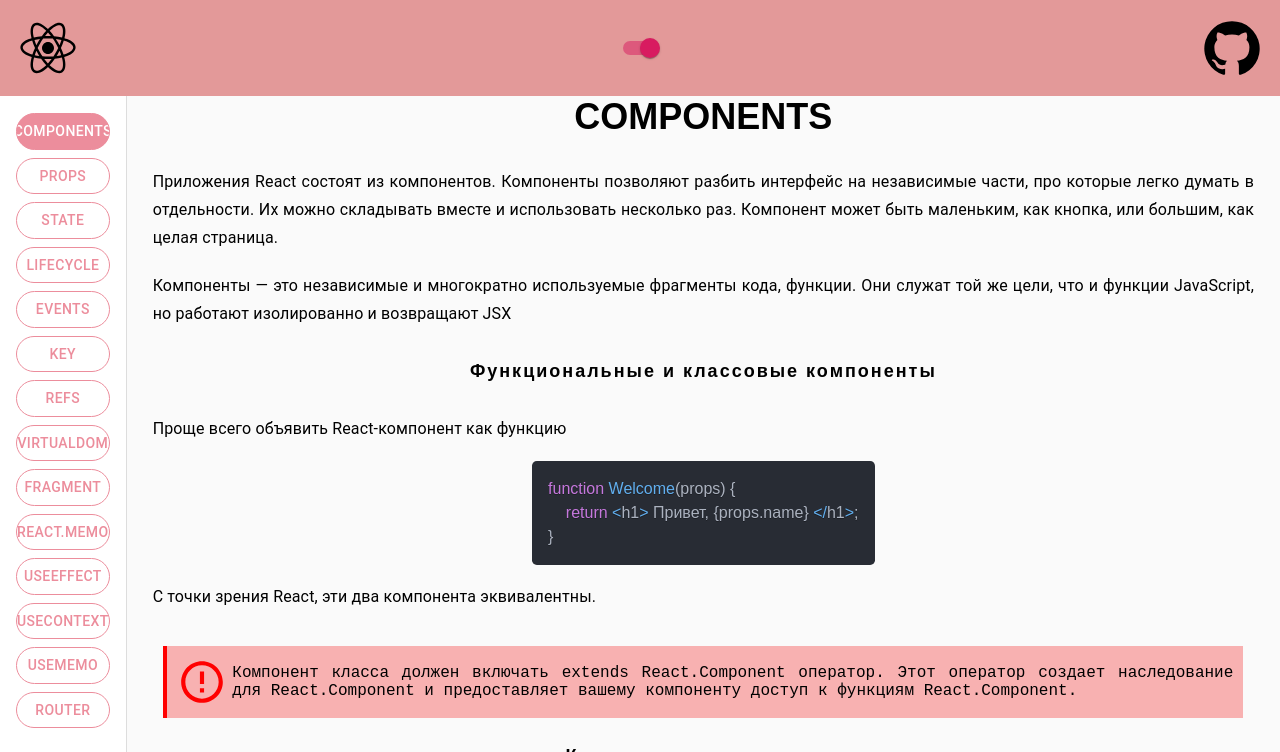
Repository: savannaaaas/reactDocumentation
Page: /topic/components
These files come from the project's save history. The page is drawn as it stood at one moment and after the next save; the edit follows.
The browser window is 1280 px wide. The pictures show the whole page.
An inner scrolling area shows only its first screen. The project was rebuilt for these pictures with package versions that can differ from the ones it lists, and the page was loaded fresh each time. Also part of the build but not shown: vite.config.js, src/pages/welcomePage/WelcomeButton/WelcomeButton.jsx, src/pages/welcomePage/Content/ContentWelcome.jsx, src/pages/welcomePage/WelcomePage.jsx, src/data/data.js, src/components/CustomTypography/CustomTypography.jsx.

Above is the page before, as saved 2025-07-31 21:03:08.

### index.html
<!DOCTYPE html>
<html lang="en" data-theme="light">
  <head>
    <meta charset="UTF-8" />
    <link rel="icon" type="image/svg+xml" href="/vite.svg" />
    <meta name="viewport" content="width=device-width, initial-scale=1.0" />
    <title>NoteBook</title>
  </head>
  <body>
    <div id="root"></div>
    <script type="module" src="/src/main.jsx"></script>
  </body>
</html>

### src/main.jsx
import { StrictMode } from "react";
import { createRoot } from "react-dom/client";
import App from "./App.jsx";
import { ThemeProvider } from "./providers/ThemeProvider.jsx";
import "./index.scss";
import { BrowserRouter } from "react-router";

createRoot(document.getElementById("root")).render(
  <StrictMode>
    <ThemeProvider>
      <BrowserRouter>
        <App />
      </BrowserRouter>
    </ThemeProvider>
  </StrictMode>
);

### src/App.jsx
import { Routes, Route } from "react-router";
import { WelcomePage } from "./pages/welcomePage/WelcomePage";
import { TopicPage } from "./pages/topicPage/TopicPage";
import "./index.scss";
import { data } from "./data/data";
import { Topic } from "./pages/topicPage/Topic";
function App() {
  return (
    <Routes>
      <Route path="/" element={<WelcomePage />} />
      <Route path="/topic" element={<TopicPage />}>
        <Route
          path="components"
          element={
            <Topic
              title={data[0].title}
              content={data[0].content}
              path={data[0].path}
            />
          }
        />
        <Route
          path="props"
          element={
            <Topic
              title={data[1].title}
              content={data[1].content}
              path={data[1].path}
            />
          }
        />
        <Route
          path="state"
          element={
            <Topic
              title={data[2].title}
              content={data[2].content}
              path={data[2].path}
            />
          }
        />
      </Route>
    </Routes>
  );
}

export default App;

### src/providers/ThemeProvider.jsx
import { useEffect, useState } from "react";
import { themes, ThemeContext } from "../contexts/ThemeContext";
const getTheme = () => {
  const theme = `${window?.localStorage.getItem("theme")}`; //получаем тему из хранилища
  if (Object.values(themes).includes(theme)) {
    //если тема такая есть возвращаем
    return theme;
  } //если в хранилище нет смотрим какую тему пользователь предпочитает
  const userMedia = window.matchMedia("(prefers-color-scheme: light)"); //проверяем предпочитает пользователь светлую тему если да возвр
  if (userMedia.matches) return themes.light;
  return themes.dark; //иначе темная
};
export const ThemeProvider = ({ children }) => {
  const [theme, setTheme] = useState(getTheme);
  useEffect(() => {
    document.documentElement.dataset.theme = theme; // добавляем атрибут data-theme на <html>
    localStorage.setItem("theme", theme); //устанавливаем и сохраняем текущую тему
  }, [theme]);
  return (
    <ThemeContext.Provider value={{ theme, setTheme }}>
      {children}
    </ThemeContext.Provider>
  );
};

### src/index.scss
* {
  padding: 0;
  margin: 0;
  box-sizing: border-box;
  overflow: hidden;
  font-family: Arial, Helvetica, sans-serif;
}
body {
  background-color: var(--background-color);
}

:root[data-theme="light"] {
  --background-color: #fafafa;
}

:root[data-theme="dark"] {
  --background-color: #313139;
}

### src/pages/topicPage/TopicPage.jsx
import { useEffect } from "react";
import { Outlet, useLocation } from "react-router";
import { Header } from "../welcomePage/Header/Header";
import { Navigation } from "../../components/Navigation/Navigation";
import { Grid } from "@mui/material";

export const TopicPage = () => {
  const location = useLocation();
  const hasContent = location.pathname !== "/topics";
  //Everytime when change pathname
  useEffect(() => {
    const customTypography = document.querySelector(".custom-typography");
    if (customTypography) {
      customTypography.scrollIntoView({ behavior: "smooth" });
    }
    const activeElement = document.querySelector(".active");
    if (activeElement) {
      activeElement.scrollIntoView({ inline: "center", behavior: "smooth" });
    }
  }, [location.pathname]);
  return (
    <>
      <Header />
      <Grid
        sx={{
          display: "flex",
          height: "calc(100vh - 64px)",
        }}
      >
        <Grid
          sx={{
            width: hasContent ? "40vh" : "60vh",
            borderRight: "1px solid #ddd",
            overflowY: "auto",
            position: "sticky",
            top: 0,
            height: "100%",
          }}
        >
          <Navigation />
        </Grid>
        <Grid sx={{ flexGrow: 1, overflowY: "auto", padding: 2 }}>
          <Outlet />
        </Grid>
      </Grid>
    </>
  );
};

### src/pages/topicPage/Topic.jsx
import { ImportantPoints } from "../../components/ImportantPoints/ImportantPoints";
import { CustomTypography } from "../../components/CustomTypography/CustomTypography";
import { Fragment } from "react/jsx-runtime";
import { Code } from "../../components/Code/Code";
import { Text } from "../../components/Text/Text";
import { Title } from "../../components/Title/Title";
import "../../components/CustomTypography/index.scss";
import { NavButtons } from "../../components/Navigation/NavButtons";
export const Topic = ({ title, content = [] }) => {
  console.log(title);
  const getValue = (content) => {
    return content.map((item) => {
      const [[key, value]] = Object.entries(item);
      switch (key) {
        case "p": {
          return <Text>{value}</Text>;
        }
        case "h": {
          return <Title>{value}</Title>;
        }
        case "c": {
          return <Code>{value}</Code>;
        }
        case "err": {
          return <ImportantPoints>{value}</ImportantPoints>;
        }
      }
    });
  };
  return (
    <>
      <h1 className="custom-typography">{title}</h1>
      {getValue(content).map((item, index) => (
        <Fragment key={index}>{item}</Fragment>
      ))}
      <NavButtons title={title} />
    </>
  );
};

### src/contexts/ThemeContext.jsx
import { createContext } from "react";
export const themes = {
  dark: "dark",
  light: "light",
};

export const ThemeContext = createContext({});

### src/pages/welcomePage/Header/Header.jsx
import GitHubIcon from "@mui/icons-material/GitHub";
import { Image } from "../../../components/Image/Image";
import { Toggle } from "../../../components/Toggle/Toggle";
import reactLogo from "../../../assets/react.svg";
import "../index.scss";
import { IconButton } from "@mui/material";
import { forwardRef } from "react";

export const Header = forwardRef((props, ref) => {
  return (
    <div ref={ref} className="header" {...props}>
      <IconButton
        href="https://react.dev/learn"
        target="_blank"
        rel="noopener noreferrer"
      >
        <Image src={reactLogo} style={{ width: "60px" }} />
      </IconButton>
      <Toggle />
      <IconButton
        href="https://github.com/savannaaaas"
        target="_blank"
        rel="noopener noreferrer"
        sx={{
          color: "black",
          "&:hover": {
            color: "#d81b60",
          },
        }}
      >
        <GitHubIcon
          sx={{
            fontSize: "60px",
          }}
        />
      </IconButton>
    </div>
  );
});

### src/pages/welcomePage/index.scss
$light-color: rgb(242, 118, 138);
$dark-color: #ffffff;

.header {
  background-color: rgb(227, 153, 153);
  display: flex;
  flex-direction: row;
  align-items: center;
  justify-content: space-between;
  padding: 10px;
  width: 100%;
}

.base-content {
  position: relative;
  display: flex;
  flex-direction: column;
  justify-content: center;
  align-items: center;
  gap: 100px;
  color: rgb(242, 118, 138);

  p {
    a {
      color: rgb(242, 118, 138);
      text-decoration: none;
    }
  }
}

.welcome-page {
  position: relative;
  display: flex;
  flex-direction: column;
  gap: 100px;
  justify-content: center;
  align-items: center;
}

.welcome-button {
  padding: 10 30px;
  width: 170px;
  border-radius: 30px;
}
[data-theme="light"] {
  .base-content {
    color: $light-color;

    p {
      a {
        color: $light-color;
      }
    }
  }
  .welcome-button {
    background-color: rgb(245, 60, 91);
    color: white;
  }
}

[data-theme="dark"] {
  .base-content {
    color: $dark-color;

    p {
      a {
        color: $dark-color;
      }
    }
  }
  .welcome-button {
    background-color: white;
    color: rgb(245, 60, 91);
  }
}

### src/components/Navigation/Navigation.jsx
import { Button } from "../Button/Button";
import "./index.scss";
import { Box, List, ListItem } from "@mui/material";
import { NavLink } from "react-router";
import { ButtonNavigate } from "./ButtonNavigate";
export const Navigation = () => {
  return (
    <Box
      className="list"
      sx={{
        overflowY: "auto",
        p: 2,
        left: 0,
      }}
    >
      <List sx={{ display: "flex", flexDirection: "column", gap: 1 }}>
        <ListItem disablePadding>
          <ButtonNavigate component={NavLink} to="/topic/components" fullWidth>
            Components
          </ButtonNavigate>
        </ListItem>
        <ListItem disablePadding>
          <ButtonNavigate component={NavLink} to="/topic/props" fullWidth>
            Props
          </ButtonNavigate>
        </ListItem>
        <ListItem disablePadding>
          <ButtonNavigate component={NavLink} to="/topic/state" fullWidth>
            State
          </ButtonNavigate>
        </ListItem>
        <ListItem disablePadding>
          <ButtonNavigate component={NavLink} to="/topic/lifecycle" fullWidth>
            Lifecycle
          </ButtonNavigate>
        </ListItem>
        <ListItem disablePadding>
          <ButtonNavigate component={NavLink} to="/topic/events" fullWidth>
            Events
          </ButtonNavigate>
        </ListItem>
        <ListItem disablePadding>
          <ButtonNavigate component={NavLink} to="/topic/key" fullWidth>
            Key
          </ButtonNavigate>
        </ListItem>
        <ListItem disablePadding>
          <ButtonNavigate component={NavLink} to="/topic/refs" fullWidth>
            Refs
          </ButtonNavigate>
        </ListItem>
        <ListItem disablePadding>
          <ButtonNavigate component={NavLink} to="/topic/virtual-dom" fullWidth>
            VirtualDOM
          </ButtonNavigate>
        </ListItem>
        <ListItem disablePadding>
          <ButtonNavigate component={NavLink} to="/topic/fragment" fullWidth>
            Fragment
          </ButtonNavigate>
        </ListItem>
        <ListItem disablePadding>
          <ButtonNavigate component={NavLink} to="/topic/react-memo" fullWidth>
            React.Memo
          </ButtonNavigate>
        </ListItem>
        <ListItem disablePadding>
          <ButtonNavigate component={NavLink} to="/topic/useEffect" fullWidth>
            useEffect
          </ButtonNavigate>
        </ListItem>
        <ListItem disablePadding>
          <ButtonNavigate component={NavLink} to="/topic/useContext" fullWidth>
            useContext
          </ButtonNavigate>
        </ListItem>
        <ListItem disablePadding>
          <ButtonNavigate component={NavLink} to="/topic/useMemo" fullWidth>
            useMemo
          </ButtonNavigate>
        </ListItem>
        <ListItem disablePadding>
          <ButtonNavigate component={NavLink} to="/topic/router" fullWidth>
            Router
          </ButtonNavigate>
        </ListItem>
      </List>
    </Box>
  );
};

### src/components/ImportantPoints/ImportantPoints.jsx
import Box from "@mui/material/Box";
import ErrorOutlineIcon from "@mui/icons-material/ErrorOutline";
import "./index.scss";
export const ImportantPoints = ({ children }) => {
  return (
    <Box component="section" className="importantBox">
      <ErrorOutlineIcon sx={{ color: "red", fontSize: 50 }} />
      {children}
    </Box>
  );
};

### src/components/Code/Code.jsx
import Paper from "@mui/material/Paper";
import { Prism as SyntaxHighlighter } from "react-syntax-highlighter";
import { oneDark } from "react-syntax-highlighter/dist/esm/styles/prism";
import { Box } from "@mui/material";
export const Code = ({ children }) => {
  return (
    <Box
      sx={{
        display: "flex",
        flexWrap: "wrap",
        justifyContent: "center",
        alignItems: "center",
      }}
    >
      <SyntaxHighlighter language="javascript" style={oneDark}>
        {children}
      </SyntaxHighlighter>
    </Box>
  );
};

### src/components/Text/Text.jsx
import { Typography } from "@mui/material";
import "./index.scss";
export const Text = ({ children, props }) => {
  return (
    <Typography {...props} variant="subtitle1" className="text">
      {children}
    </Typography>
  );
};

### src/components/Title/Title.jsx
import "./index.scss";
export const Title = ({ children }) => {
  return <div className="title">{children}</div>;
};

### src/components/CustomTypography/index.scss
@use "../Text/index";

.custom-typography {
  margin: 20px;
  font-weight: bold;
  text-transform: uppercase;
  text-align: center;
  font-size: 36px;
}
[data-theme="light"] {
  .custom-typography {
    color: index.$text-color-light;
  }
}
[data-theme="dark"] {
  .custom-typography {
    color: index.$text-color-dark;
  }
}

### src/components/Navigation/NavButtons.jsx
import { Button, Grid } from "@mui/material";
import ArrowBackIosNewIcon from "@mui/icons-material/ArrowBackIosNew";
import ArrowForwardIosIcon from "@mui/icons-material/ArrowForwardIos";
import { data } from "../../data/data";
import "./index.scss";
import { NavLink } from "react-router";
export const NavButtons = ({ title }) => {
  const topics = data.map((e) => {
    const { title, path } = e;
    return { title, path };
  });
  const getCurrentTopic = (title) => {
    return topics.findIndex((topic) => topic.title == title);
  };
  const getBackNextTopic = (title) => {
    const current = getCurrentTopic(title);
    const back = current > 0 ? topics[current - 1] : null;
    const next = current < topics.length - 1 ? topics[current + 1] : null;
    return (
      <>
        {back && (
          <Button
            variant="contained"
            className="navigate-button"
            startIcon={<ArrowBackIosNewIcon />}
          >
            <NavLink to={"/topic/" + back.path} className="navigate-button">
              Back topic
            </NavLink>
          </Button>
        )}
        {next && (
          <Button
            variant="contained"
            className="navigate-button"
            endIcon={<ArrowForwardIosIcon />}
          >
            <NavLink to={"/topic/" + next.path} className="navigate-button">
              Next topic
            </NavLink>
          </Button>
        )}
      </>
    );
  };
  return <div className="buttons">{getBackNextTopic(title)}</div>;
};

### src/components/Button/Button.jsx
import ButtonCustom from "@mui/material/Button";
export const Button = ({ children, ...props }) => {
  return <ButtonCustom {...props}>{children}</ButtonCustom>;
};

### src/components/Image/Image.jsx
export const Image = ({ ...props }) => {
  return <img {...props} />;
};

### src/components/Toggle/Toggle.jsx
import { useContext } from "react";
import { ThemeContext } from "../../contexts/ThemeContext";
import { alpha, styled } from "@mui/material/styles";
import { grey, pink } from "@mui/material/colors";
import { themes } from "../../contexts/ThemeContext";
import Switch from "@mui/material/Switch";
export const Toggle = () => {
  const { theme, setTheme } = useContext(ThemeContext);
  const ThemeSwitch = styled(Switch)(({ theme }) => ({
    "& .MuiSwitch-switchBase": {
      color: grey[600],
      "&:hover": {
        backgroundColor: alpha(grey[600], theme.palette.action.hoverOpacity),
      },
    },
    "& .MuiSwitch-track": {
      backgroundColor: grey[600],
    },
    "& .MuiSwitch-switchBase.Mui-checked": {
      color: pink[600],
      "&:hover": {
        backgroundColor: alpha(pink[600], theme.palette.action.hoverOpacity),
      },
    },
    "& .MuiSwitch-switchBase.Mui-checked + .MuiSwitch-track": {
      backgroundColor: pink[600],
    },
  }));
  const handleChange = () => {
    if (theme === themes.light) setTheme(themes.dark);
    if (theme === themes.dark) setTheme(themes.light);
  };
  return (
    <ThemeSwitch checked={theme == themes.light} onChange={handleChange} />
  );
};

### src/components/Navigation/index.scss
.buttons {
  display: flex;
  flex-direction: row;
  justify-content: center;
  align-items: center;
  gap: 20px;
  margin: 20px;
}
.navigate-button {
  width: 150px;
  border-radius: 60%;

  text-decoration: none;
}

[data-theme="light"] {
  .list {
    background-color: #ffffff;
  }
  .navigate-button {
    background-color: rgb(242, 118, 138);
    color: #ffffff;
  }
}

[data-theme="dark"] {
  .list {
    background-color: #313139;
  }
  .navigate-button {
    background-color: #ffffff;
    color: rgb(242, 118, 138);
  }
}

### src/components/Navigation/ButtonNavigate.jsx
import { Button } from "../Button/Button";
import "./index.scss";
export const ButtonNavigate = ({ children, ...props }) => {
  return (
    <Button
      {...props}
      variant="outlined"
      sx={{
        width: "200px",
        fontSize: "14px",
        borderRadius: "40px",
        border: "1px rgba(236, 141, 156, 1) solid",
        color: "rgba(236, 141, 156, 1)",
        "&.active": {
          backgroundColor: "rgba(236, 141, 156, 1)",
          color: "#ffff",
        },
      }}
    >
      {children}
    </Button>
  );
};

### src/components/ImportantPoints/index.scss
.importantBox {
  display: flex;
  width: 150vh;
  height: 10vh;
  margin: 25px auto;
  text-align: justify;
  align-items: center;
  flex-direction: row;
  gap: 5px;
  padding: 10px;
  box-sizing: border-box;
  font-size: 16px;
  font-family: monospace;
}
[data-theme="light"] {
  .importantBox {
    border-left: 4px solid red;
    background-color: rgba(245, 3, 3, 0.292);
  }
}
[data-theme="dark"] {
  .importantBox {
    border-left: 4px solid red;
    background-color: rgb(95, 95, 95);
    color: rgb(232, 232, 232);
  }
}

### src/components/Text/index.scss
$text-color-dark: aliceblue;
$text-color-light: black;
.text {
  text-align: justify;
  font-size: medium;
  line-height: 1.5;
  letter-spacing: 2px;
  padding: 10px;
}
[data-theme="light"] {
  .text {
    color: $text-color-light;
  }
}
[data-theme="dark"] {
  .text {
    color: $text-color-dark;
  }
}

### src/components/Title/index.scss
@use "../Text/index";
.title {
  text-align: center;
  font-size: 18px;
  line-height: 1.5;
  letter-spacing: 2px;
  margin: 20px;
  font-weight: bold;
}

[data-theme="light"] {
  .title {
    color: index.$text-color-light;
  }
}
[data-theme="dark"] {
  .title {
    color: index.$text-color-dark;
  }
}

After the next save:
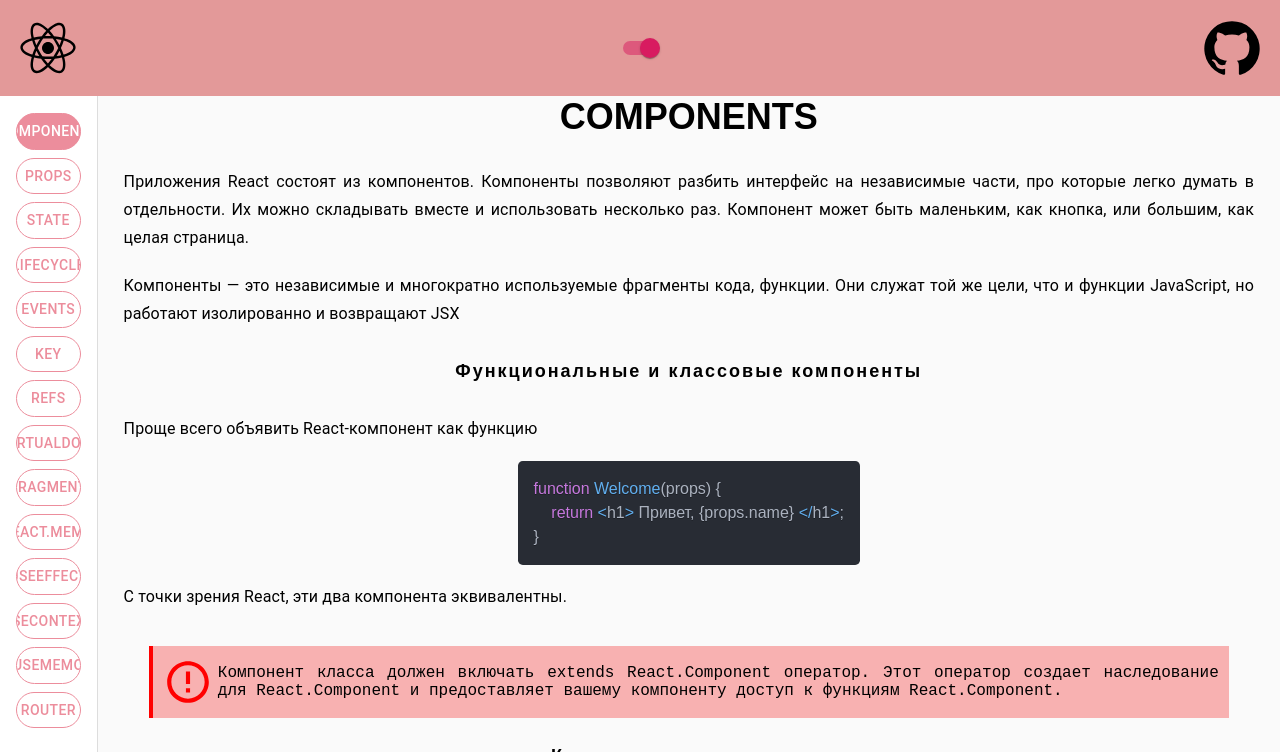
Saved 8 s later.
--- a/src/pages/topicPage/TopicPage.jsx
+++ b/src/pages/topicPage/TopicPage.jsx
@@ -29,7 +29,7 @@
       >
         <Grid
           sx={{
-            width: hasContent ? "40vh" : "60vh",
+            width: hasContent ? "30vh" : "60vh",
             borderRight: "1px solid #ddd",
             overflowY: "auto",
             position: "sticky",
